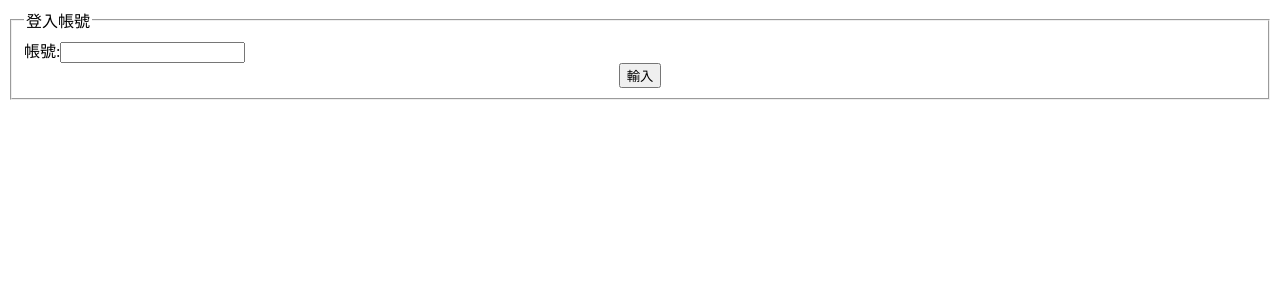
Repository: cctytw2000/Member
Page: Member/WebContent/html/forgetPWD.html
The author's editor kept a copy of each file at every save. The page is drawn from the files as they stood at one save, then again after the next save.
The browser window is 1280 px wide. The pictures show the whole page.

Above is the page before, as saved 2019-08-30 04:20:38.

### Member/WebContent/html/forgetPWD.html
<!DOCTYPE html>
<html>
<head>
<meta charset="UTF-8">
<title>Insert title here</title>
</head>
<body>

<form action="../LoginMember.do" method="post">

 <fieldset>
<legend>登入帳號</legend>
<div class="div1">
<label class='label1'>帳號:</label><input type="text" id="account" name="account">
</div>
<div class="div1" style="text-align: center">
<input name="login" type="submit" value="輸入">
</div>

</fieldset>
</form>
</body>
</html>

### Member/WebContent/CSS/RegisteredMember.css
  fieldset {
            width: 30%;
            height:70%;
            border: 2px solid lightgreen;
            border-radius: 20px;
            margin: auto auto;
            padding: auto auto;
            box-shadow: 5px 5px 5px green;
        }

        .div1 {
            border-bottom: 2px solid blue;
            padding-bottom: 20px;
            margin: 20px;
            width: 450px;
            width: 80%
        }

        .sub1 {
            width: 450px;
            text-align: center;
            padding: 20px;
        }

        .label1 {
            width: 100px;
            float: left;
            text-align: right
        }

        form {
            width: 100%;
            /* margin: 15px auto; */
        }

        h6 {

            text-align: center
        }

After the next save:
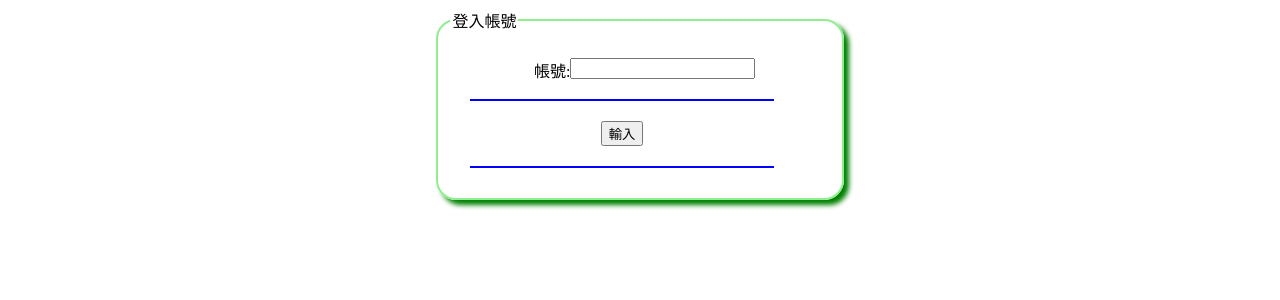
Saved 20 s later.
--- a/Member/WebContent/html/forgetPWD.html
+++ b/Member/WebContent/html/forgetPWD.html
@@ -3,6 +3,7 @@
 <head>
 <meta charset="UTF-8">
 <title>Insert title here</title>
+<link rel="stylesheet" href="../CSS/RegisteredMember.css">
 </head>
 <body>
 
